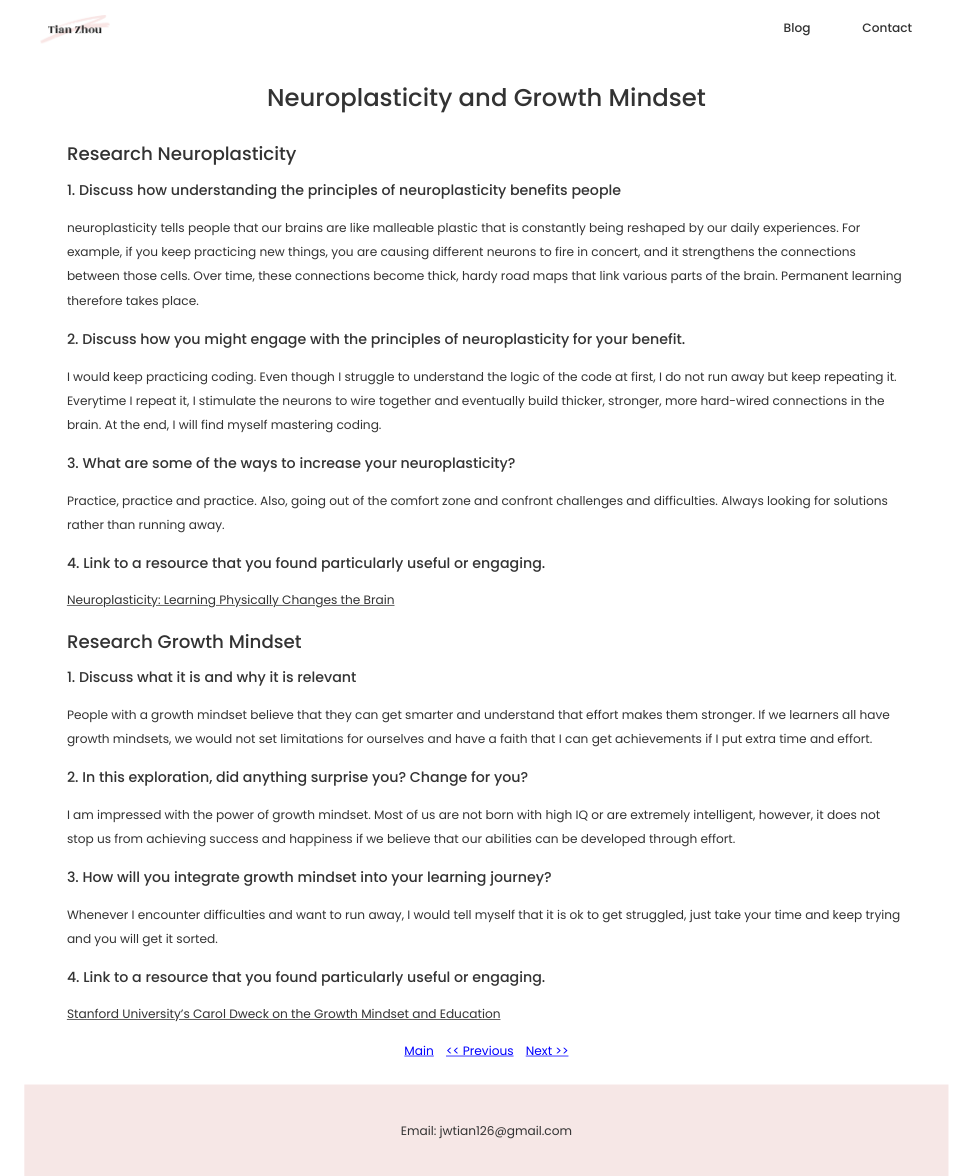
Repository: Tiaanz/Tiaanz.github.io
Page: blog/neuroplasticity.html
The author's editor kept a copy of each file at every save. The page is drawn from the files as they stood at one save, then again after a run of saves.
The browser window is 1280 px wide. The pictures show the whole page, at 76% of full size.

Above is the page before, as saved 2023-01-30 14:38:20.

After the next 3 saves:
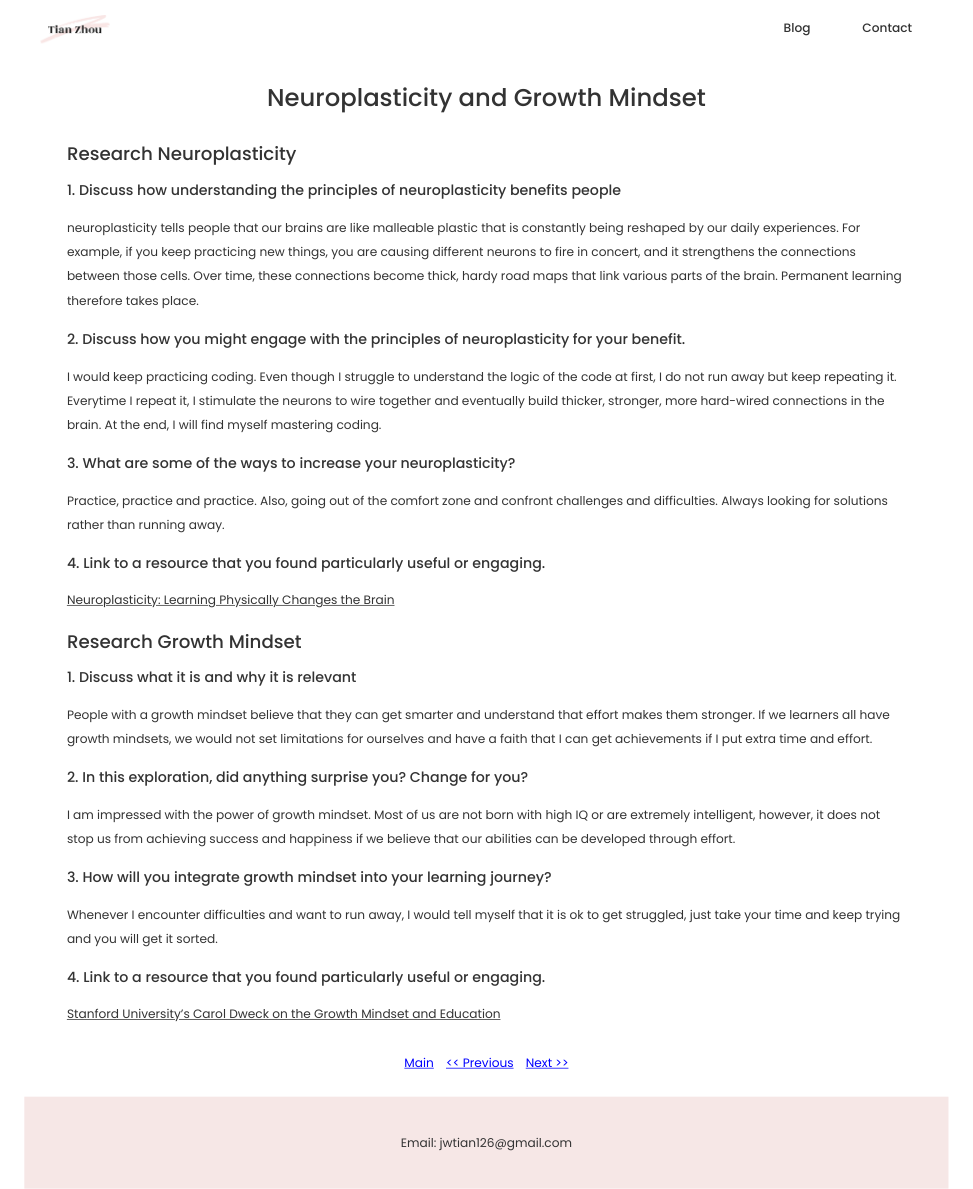
The 3 saves are shown as one change because they came seconds apart.
The last was saved 34 s later.
--- a/blog/neuroplasticity.html
+++ b/blog/neuroplasticity.html
@@ -59,6 +59,7 @@
             <p><a href="https://onedublin.org/2012/06/19/stanford-universitys-carol-dweck-on-the-growth-mindset-and-education/
 
                 ">Stanford University’s Carol Dweck on the Growth Mindset and Education</a></p>
+            <h2></h2>
             <div class="page-nav">
                 <a href="../index.html">Main</a>
                 <a href="./emotional-intelligence.html"> &lt&lt Previous</a>
